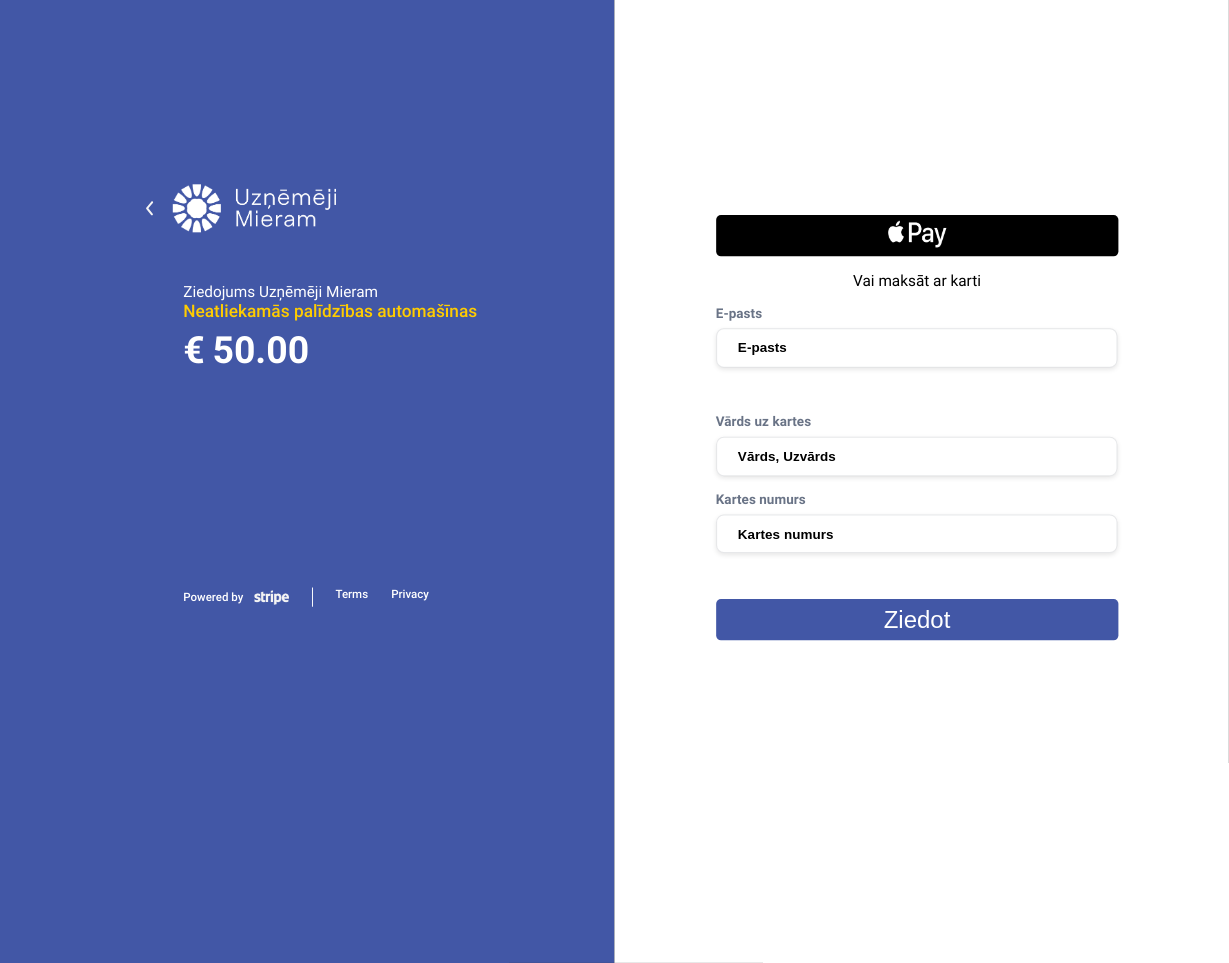
Repository: KatrinaPa/projekts_jul
Page: stripe.html
These files come from the project's save history. The page is drawn as it stood at one moment and after the next save; the edit follows.
The browser window is 1280 px wide. The pictures show the whole page, at 96% of full size.

Above is the page before, as saved 2023-07-31 22:46:50.

### stripe.html
<!DOCTYPE html>
<html lang="en">

<head>
    <meta charset="UTF-8">
    <meta http-equiv="X-UA-Compatible" content="IE=edge">
    <meta name="viewport" content="width=device-width, initial-scale=1.0">
    <title>Stripe</title>
    <link rel="preconnect" href="https://fonts.googleapis.com">
    <link rel="preconnect" href="https://fonts.gstatic.com" crossorigin>
    <link href="https://fonts.googleapis.com/css2?family=Poppins:wght@300;400;500;600;700&display=swap"
        rel="stylesheet">
    <link rel="preconnect" href="https://fonts.googleapis.com">
    <link rel="preconnect" href="https://fonts.gstatic.com" crossorigin>
    <link href="https://fonts.googleapis.com/css2?family=Poppins:wght@300;400;500;600&display=swap" rel="stylesheet">
    <link rel="stylesheet" href="./assets/main.css" />
    <link rel="stylesheet" href="./assets/stripe-styles.css" />
    <link rel="stylesheet" href="https://cdnjs.cloudflare.com/ajax/libs/font-awesome/6.2.0/css/all.min.css" />
</head>

<body>

    <main>
        <div class="panel-2">
            <section class="section_left">
                <div class="wrapper_left">
                    <div class="logo-back"><a href="sakums.html">
                            <button class="back-btn">
                                <svg xmlns="http://www.w3.org/2000/svg" width="26" height="26" viewBox="0 0 26 26"
                                    fill="none">
                                    <path
                                        d="M15.2444 20.2912C15.0888 20.2917 14.935 20.2574 14.7944 20.1907C14.6538 20.124 14.53 20.0266 14.4319 19.9058L9.40066 13.6558C9.24745 13.4694 9.1637 13.2356 9.1637 12.9943C9.1637 12.753 9.24745 12.5192 9.40066 12.3328L14.609 6.08285C14.7858 5.87012 15.0399 5.73635 15.3153 5.71095C15.5908 5.68556 15.865 5.77062 16.0777 5.94743C16.2905 6.12424 16.4242 6.37832 16.4496 6.65376C16.475 6.9292 16.39 7.20345 16.2132 7.41618L11.5569 12.9995L16.0569 18.5828C16.1843 18.7357 16.2652 18.9219 16.2901 19.1194C16.315 19.3168 16.2827 19.5173 16.1973 19.697C16.1118 19.8767 15.9766 20.0282 15.8078 20.1335C15.6389 20.2388 15.4434 20.2935 15.2444 20.2912Z"
                                        fill="#F4F4F4" />
                                </svg>
                            </button>
                            <div>
                                <img src="assets/images/UM_logo_white.png" alt="UM_logo_white" id="logo-white">
                            </div>
                        </a></div>
                    <div class="donate-amount">
                        <p>Ziedojums Uzņēmēji Mieram<br>
                            <span>Neatliekamās palīdzības automašīnas</span>
                        </p>
                        <div>
                            <h2>€</h2>
                            <h2>50.00</h2>
                        </div>
                    </div>
                    <div class="terms-privacy">
                        <div>Powered by <img src="assets/images/stripe_wht.png" alt="Stripe" id="stripe_logo"></div>
                        <div class="centred-divid"></div>
                        <div class="terms">Terms</div>
                        <div class="privacy">Privacy</div>
                    </div>
                </div>
            </section>


            <section class="section_right">
                <div class="wrapper_right">
                    <button type="submit" class="button-ApplePay"><img src="assets/images/applePay.png" alt="ApplePay"
                            id="applePay-btn"></button>
                    <div class="pay-card">
                        <p>Vai maksāt ar karti</p>
                    </div>

                    <div class="donor-details">
                        <form action="#">
                            <div class="input-details">
                                <label for="email">E-pasts</label>
                                <input type="email" placeholder="E-pasts" id="email" />
                            </div>
                            <div class="input-details">
                                <label for="name-onCard">Vārds uz kartes</label>
                                <input type="text" placeholder="Vārds, Uzvārds" id="name-onCard" />
                            </div>
                            <div class="input-details">
                                <label for="card-nr">Kartes numurs</label>
                                <input type="number" placeholder="Kartes numurs" id="card-nr" />
                            </div>
                            <button type="submit" class="button-donate id=" donate-btn">Ziedot</button>
                        </form>
                    </div>
                </div>
            </section>

        </div>
    </main>


</body>

</html>

### assets/stripe-styles.css
.panel-2 {
    display: flex;
    flex-direction: row;
    justify-content: center;
}

.section_left {
    display: flex;
    justify-content: center;
    width: 50%;
    height: 62.69rem;
    background-color: #4257A6;
    font-family: Roboto;
    color: #ffffff;
}

.wrapper_left {
    display: flex;
    flex-direction: column;
    align-items: flex-start;
}

.logo-back {
    margin-top: 12rem;
}

.logo-back a {
    display: flex;
    gap: 0.7rem;
}

.back-btn {
    border: 0;
    background: transparent;
    padding: 0;
    cursor: pointer;
}

#logo-white {
    width: 10.625rem;
}

.donate-amount {
    display: flex;
    flex-direction: column;
    padding-left: 3rem;
}

.donate-amount p {
    font-size: 16px;
    font-weight: 400;
    margin: 3rem 0 0 0;
}

.donate-amount p span {
    font-size: 18px;
    font-weight: 500;
    color: #FFCC00;
}

.donate-amount div {
    display: flex;
    gap: 0.5rem;
}

.donate-amount h2 {
    font-size: 39px;
    font-weight: 600;
    margin-top: 0.5rem;
}

.terms-privacy {
    font-size: 12px;
    font-weight: 500;
    display: flex;
    gap: 1.5rem;
    margin-top: 12rem;
    width: 16rem;
    padding-left: 3rem;
}

.terms-privacy div:first-child {
    display: flex;
    justify-content: space-between;
    align-items: center;
}

.terms-privacy img {
    width: 33%;
}

.centred-divid {
    width: 1px;
    height: 1.25rem;
    background-color: #ffffff;
}

.terms,
.privacy {
    cursor: pointer;
}



.section_right {
    width: 50%;
    background-color: #ffffff;
    font-family: Roboto;
}

.wrapper_right {
    padding: 13rem 7.2rem 0 6.6rem;
}

.button-ApplePay {
    margin-top: 1rem;
    width: 100%;
    height: 2.69rem;
    max-width: 26.25rem;
    background-color: #000;
    border-radius: 5px;
    border: none;
    cursor: pointer;
}

.button-ApplePay img {
    width: 15%;
}

.pay-card {
    width: 100%;
    display: flex;
    justify-content: center;
}

.section_right input {
    width: auto;
    max-width: 25.75rem;
    height: 2.3rem;
    border-radius: 8px;
    border: solid 1px rgba(60, 66, 87, 0.12);
    box-shadow: 0px 2px 5px 0px rgba(0, 0, 0, 0.1);
    font-size: 14px;
    font-weight: 600;
    line-height: 22px;
    letter-spacing: 0.07px;
}

.section_right ::placeholder {
    padding: 0 1.25rem;
    color: #000;
}

.section_right label {
    color: #697386;
    font-size: 14px;
    font-weight: 600;
    letter-spacing: 0.07px;
}

form div:first-child {
    margin-bottom: 3rem;
}

.input-details {
    display: flex;
    flex-direction: column;
    gap: 0.5rem;
    margin-bottom: 1rem;
}

.button-donate {
    margin-top: 2rem;
    width: 100%;
    max-width: 26.25rem;
    background-color: #4257A6;
    color: #ffffff;
    font-size: 25px;
    font-weight: 500;
    height: 2.69rem;
    text-decoration: none;
    border-radius: 5px;
    border: none;
    cursor: pointer;
}

Loaded but not shown: assets/main.css (1433 lines, source omitted)

After the next save:
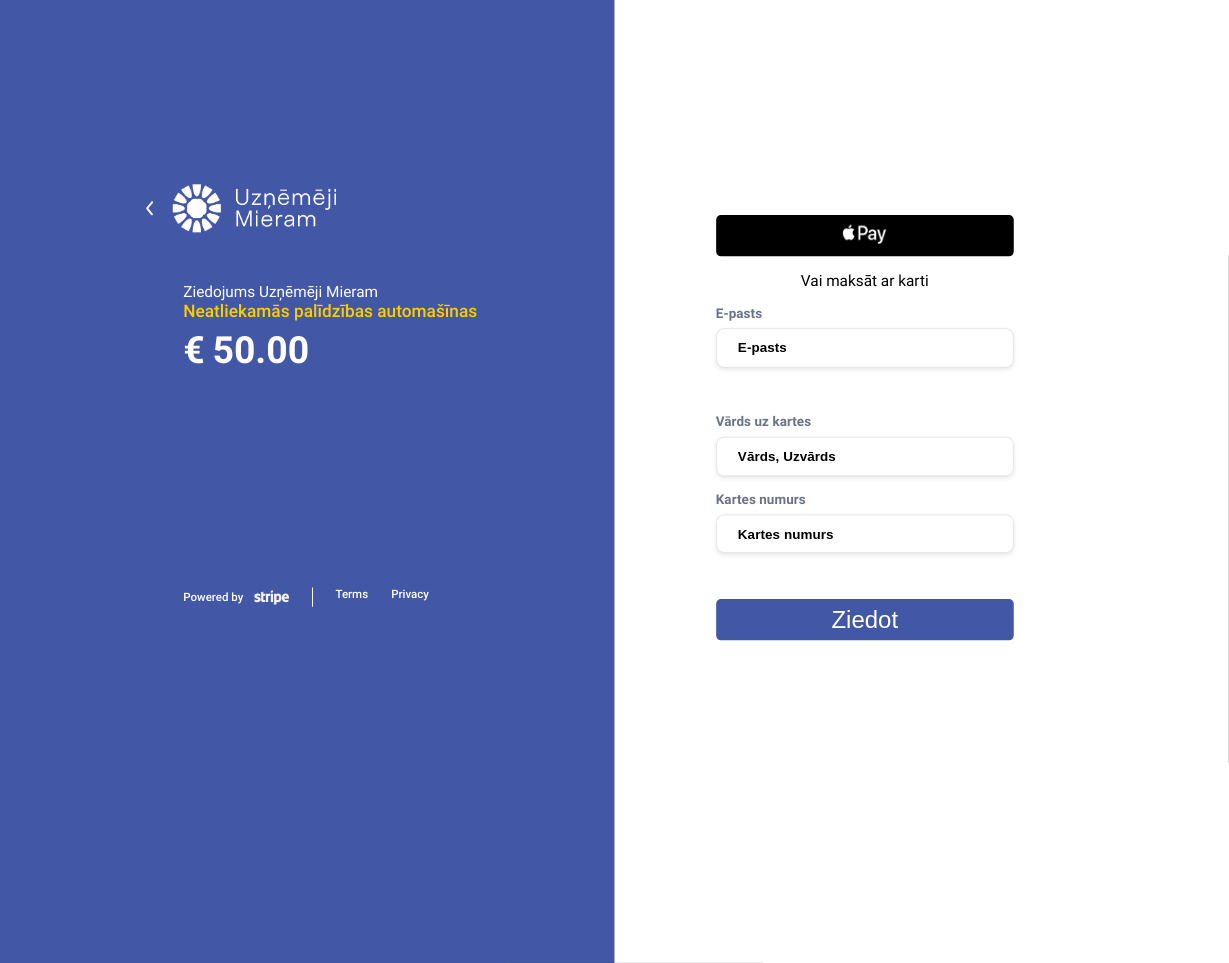
Saved 96 s later.
--- a/assets/stripe-styles.css
+++ b/assets/stripe-styles.css
@@ -109,7 +109,7 @@
 }
 
 .wrapper_right {
-    padding: 13rem 7.2rem 0 6.6rem;
+    padding: 13rem 14rem 0 6.6rem;
 }
 
 .button-ApplePay {

After the save that followed:
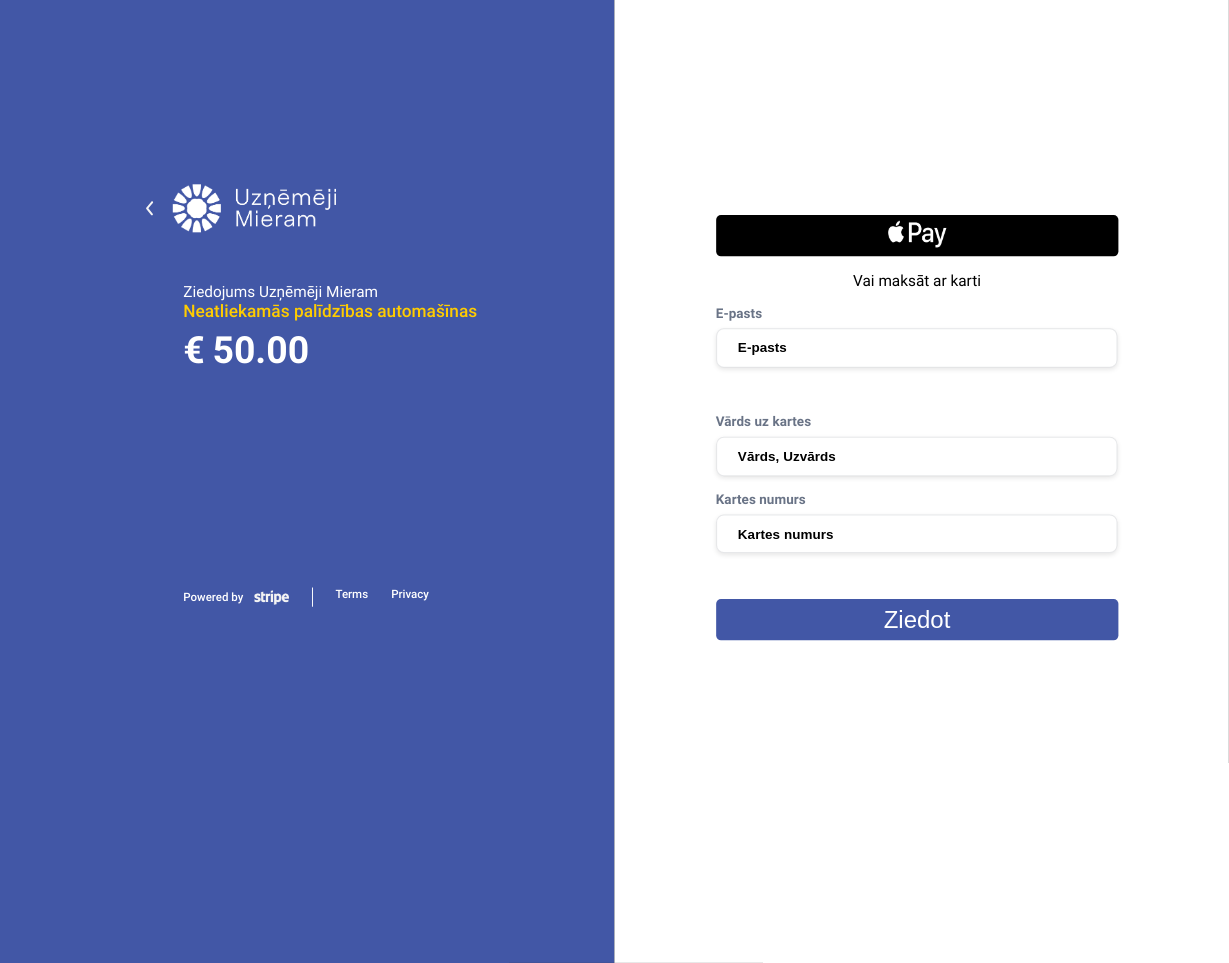
Saved 2 min 43 s later.
--- a/assets/stripe-styles.css
+++ b/assets/stripe-styles.css
@@ -109,7 +109,7 @@
 }
 
 .wrapper_right {
-    padding: 13rem 14rem 0 6.6rem;
+    padding: 13rem 7.2rem 0 6.6rem;
 }
 
 .button-ApplePay {
@@ -129,6 +129,7 @@
 
 .pay-card {
     width: 100%;
+    max-width: 26.25rem;
     display: flex;
     justify-content: center;
 }
